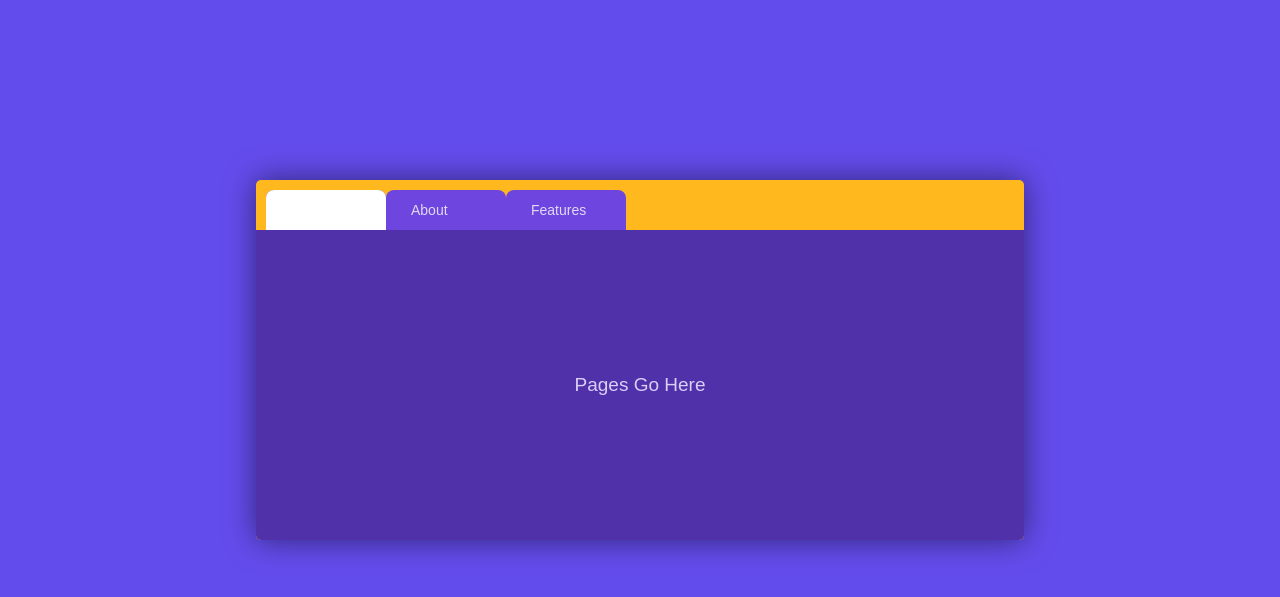
Repository: realistmccoy/browsertab
Page: /
An editor plug-in stored every save of this project. The page is shown before and after a run of saves, followed by the edit.
The browser window is 1280 px wide. The pictures show the whole page.
The project was rebuilt for these pictures with package versions that can differ from the ones it lists, and the page was loaded fresh each time.

Above is the page before, as saved 2020-12-21 18:22:32.

After the next 3 saves:
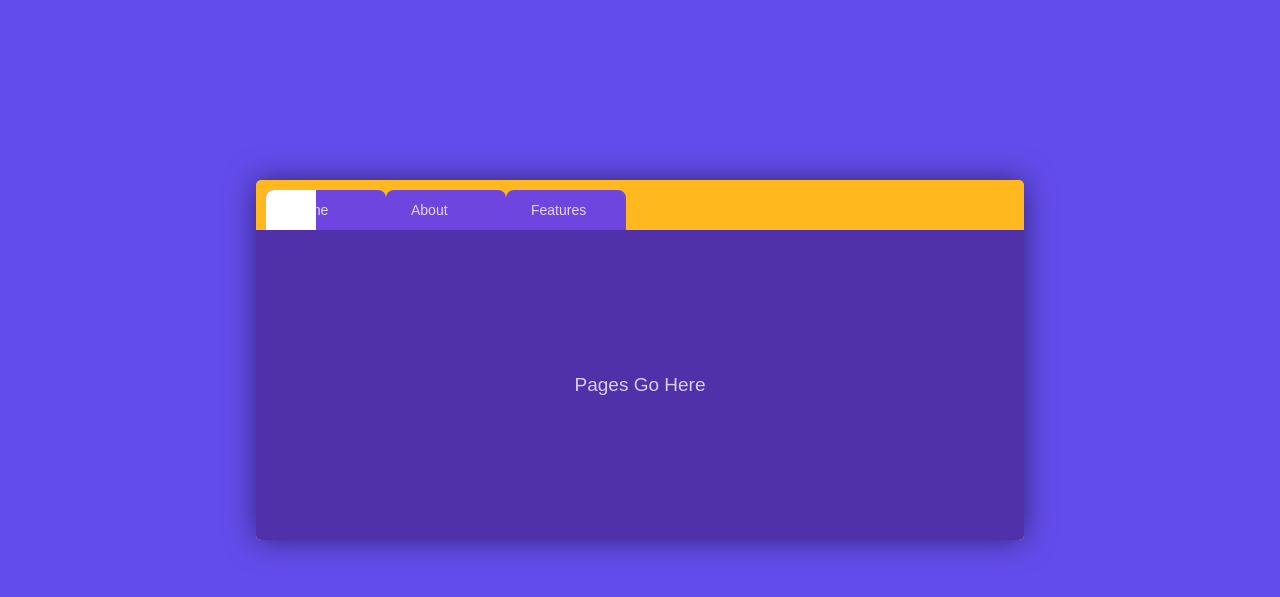
The 3 saves are shown as one change because they came seconds apart.
The last was saved 19 s later.
--- a/src/App.css
+++ b/src/App.css
@@ -95,6 +95,7 @@ body {
 	display: block;
 	position: absolute;
 	height: 80px;
-	width: 300px;
+  width: 50px;
+  border-radius: 50;
 	background: white;
 }
